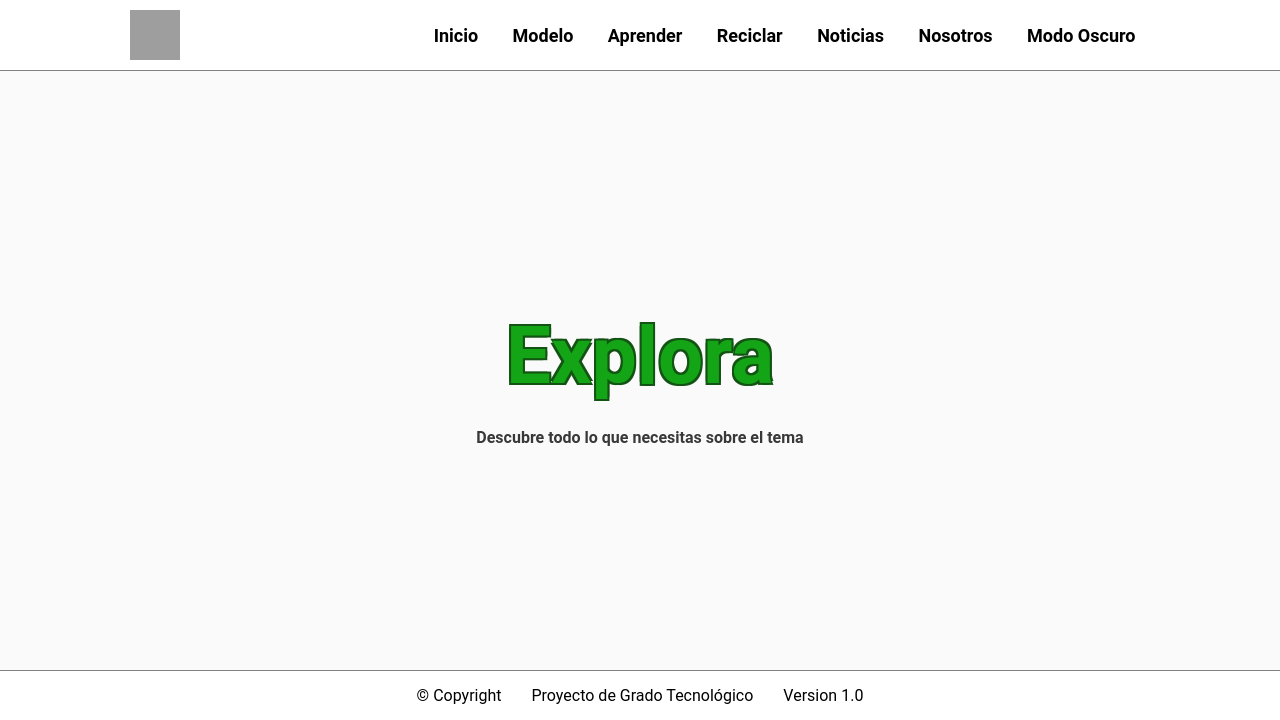
Repository: castecabas/Recicladora
Page: http://localhost/learn
An editor plug-in stored every save of this project. The page is shown before and after the next save, followed by the edit.
The browser window is 1280 px wide. The pictures show the whole page.
Pictures or frames that could not be fetched are drawn as grey boxes. The page is served by the project's application, run on Flask 3 (src/index.py).

Above is the page before, as saved 2025-01-03 18:01:31.

After the next save:
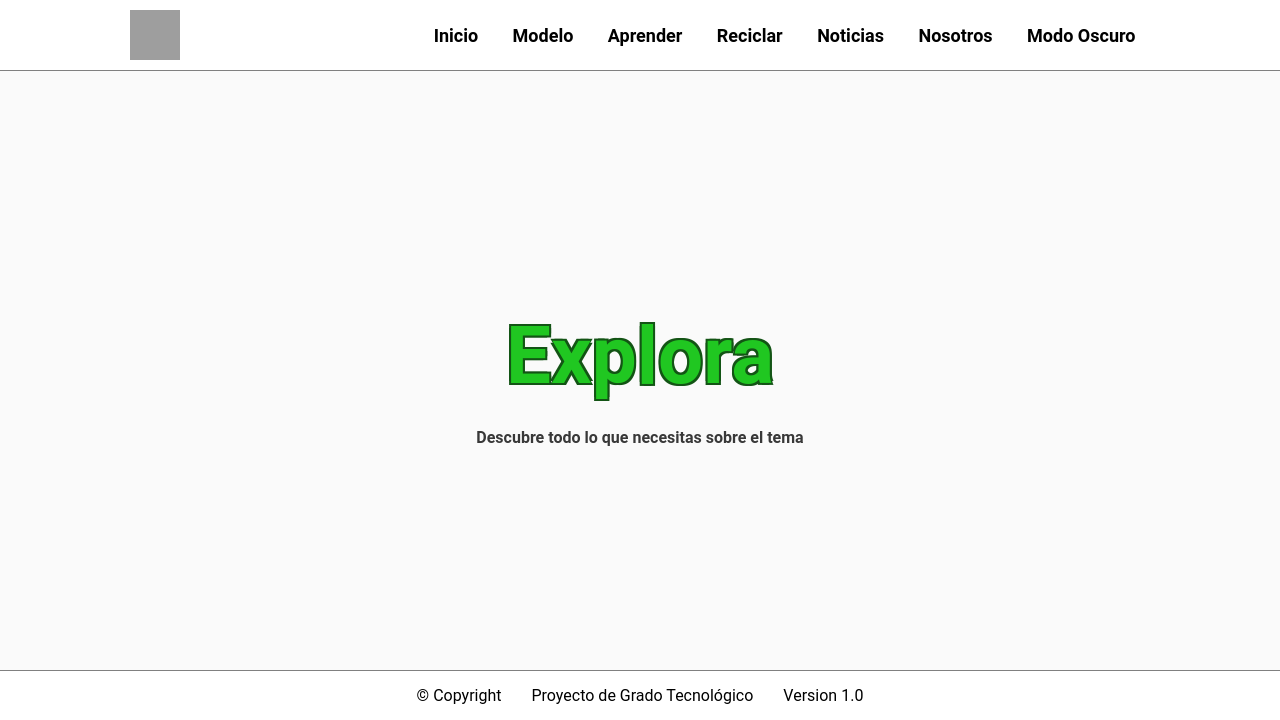
Saved 35 s later.
--- a/src/static/css/learn.css
+++ b/src/static/css/learn.css
@@ -9,7 +9,7 @@ body {
 }
 
 .main-div h1 {
-  color: var(--verde-600);
+  color: var(--verde-500);
   font-size: 500%;
   text-shadow: -2px -2px 0 var(--verde-900), -2px 2px 0 var(--verde-900), 2px -2px 0 var(--verde-900),
     2px 2px 0 var(--verde-900);
